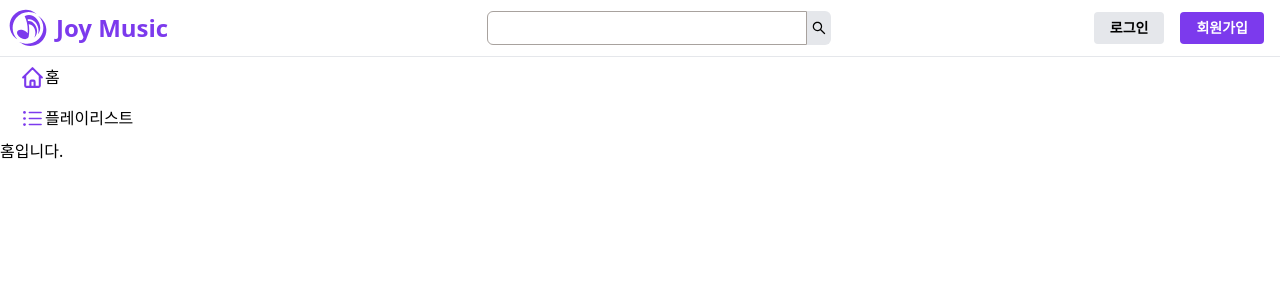
Repository: momo0170/joy-music
Page: /
The author's editor kept a copy of each file at every save. The page is drawn from the files as they stood at one save, then again after the next save.
The browser window is 1280 px wide. The pictures show the whole page.
The project was rebuilt for these pictures with package versions that can differ from the ones it lists, and the page was loaded fresh each time. Also part of the build but not shown: src/App.css, src/router/Playlist.jsx.

Above is the page before, as saved 2023-09-25 14:38:22.

### public/index.html
<!DOCTYPE html>
<html lang="en">
  <head>
    <meta charset="utf-8" />
    <link rel="icon" href="%PUBLIC_URL%/favicon.ico" />
    <meta name="viewport" content="width=device-width, initial-scale=1" />
    <meta name="theme-color" content="#000000" />
    <meta
      name="description"
      content="Web site created using create-react-app"
    />
    <link rel="apple-touch-icon" href="%PUBLIC_URL%/logo192.png" />
    <!-- <link rel="manifest" href="%PUBLIC_URL%/manifest.json" /> -->

    <title>Joy Music</title>
  </head>
  <body>
    <div id="root"></div>
  </body>
</html>

### src/index.js
import React from 'react';
import ReactDOM from 'react-dom/client';
import './index.css';
import App from './App';
import { RouterProvider, createBrowserRouter } from 'react-router-dom';
import Home from './router/Home';
import Playlist from './router/Playlist';

const router = createBrowserRouter([
  {
    path: '/',
    element: <App />,
    children: [
      {
        index: true,
        element: <Home />,
      },
      {
        path: '/playlist',
        element: <Playlist />,
      },
    ],
  },
]);

const root = ReactDOM.createRoot(document.getElementById('root'));
root.render(
  <RouterProvider router={router}>
    <App />
  </RouterProvider>
);

### src/App.js
import { Outlet } from 'react-router-dom';
import './App.css';
import Header from './components/Header';
import Menubar from './components/Menubar';

function App() {
  return (
    <>
      <Header />
      <div>
        <Menubar />
        <Outlet />
      </div>
    </>
  );
}

export default App;

### src/router/Home.jsx
import React from 'react';

export default function Home() {
  return <div>홈입니다.</div>;
}

### src/components/Header.jsx
import React from 'react';
import { GiMusicSpell } from 'react-icons/gi';
import { AiOutlineSearch } from 'react-icons/ai';
import { Link } from 'react-router-dom';

export default function Header() {
  return (
    <header className="flex justify-between p-2 border-b h-13 items-center">
      <Link to="/" className="flex items-center">
        <GiMusicSpell
          size="40"
          color="#7c3aed"
          className="hover:animate-spin"
        />
        <div className="text-violet-600 text-2xl ml-2 font-bold">Joy Music</div>
      </Link>

      <form className="flex transform translate-x-8">
        <input
          type="text"
          className="rounded-l-md border border-stone-400 p-1 px-2 focus:shadow-inner2 outline-none focus:border-violet-600 placeholder:text-sm hover:shadow-hoverInput hover:border-hoverInput w-80"
        />
        <button className="bg-gray-200 p-1 rounded-r-md box-border hover:bg-gray-300">
          <AiOutlineSearch />
        </button>
      </form>
      <div className="flex">
        <button className="bg-gray-200 mx-2 px-4 py-1.5 rounded text-sm font-semibold hover:bg-gray-300">
          로그인
        </button>
        <button className="bg-violet-600 text-white mx-2 px-4 py-1.5 rounded text-sm font-semibold hover:bg-violet-700">
          회원가입
        </button>
      </div>
    </header>
  );
}

### src/components/Menubar.jsx
import React from 'react';
import MenuButton from './Menubutton';

export default function MenuBar() {
  const list = [
    ['/', '홈'],
    ['/playlist', '플레이리스트'],
  ];
  return (
    <aside className="flex flex-col w-56">
      {list.map((item, idx) => (
        <MenuButton key={idx} text={item[1]} path={item[0]} />
      ))}
    </aside>
  );
}

### src/components/Menubutton.jsx
import React from 'react';
import { Link } from 'react-router-dom';
import { HiHome, HiOutlineHome } from 'react-icons/hi';
import { IoIosListBox, IoIosList } from 'react-icons/io';

const SIZE = '25';
const COLOR = '#7C3AED';
export default function MenuButton({ text, path }) {
  return (
    <div>
      <Link to={path} className="flex px-5 py-2 rounded hover:bg-violet-100">
        {text === '홈' ? (
          <HiOutlineHome size={SIZE} color={COLOR} />
        ) : (
          <IoIosList size={SIZE} color={COLOR} />
        )}
        <span>{text}</span>
      </Link>
    </div>
  );
}

### tailwind.config.js
/** @type {import('tailwindcss').Config} */
module.exports = {
  content: ['./src/**/*.{js,jsx,ts,tsx}'],
  theme: {
    extend: {
      borderWidth: {
        1.5: '1.5px',
      },
      boxShadow: {
        inner2: '0 0 0 1.5px #7c3aed inset',
        hoverInput: '0 0 0 1px #ABABAB inset',
      },
      borderColor: {
        hoverInput: '#ABABAB',
      },
    },
  },
  plugins: [],
};

Loaded but not shown: src/index.css (common file)

After the next save:
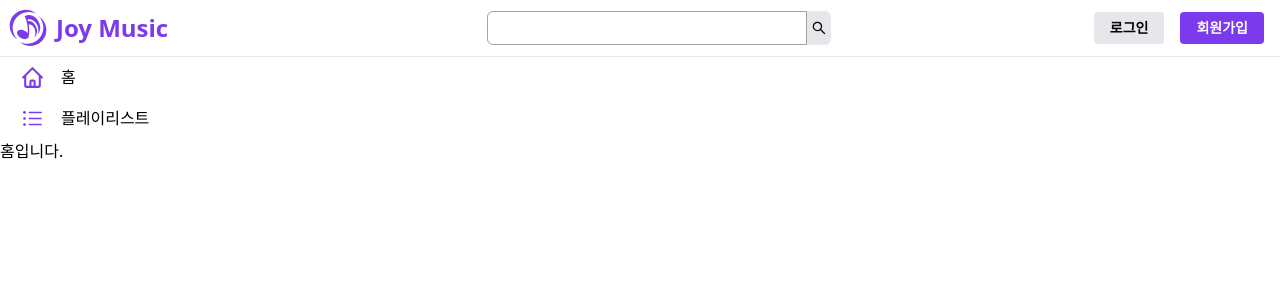
Saved 19 s later.
--- a/src/components/Menubutton.jsx
+++ b/src/components/Menubutton.jsx
@@ -14,7 +14,7 @@ export default function MenuButton({ text, path }) {
         ) : (
           <IoIosList size={SIZE} color={COLOR} />
         )}
-        <span>{text}</span>
+        <span className="text-base ml-4">{text}</span>
       </Link>
     </div>
   );
